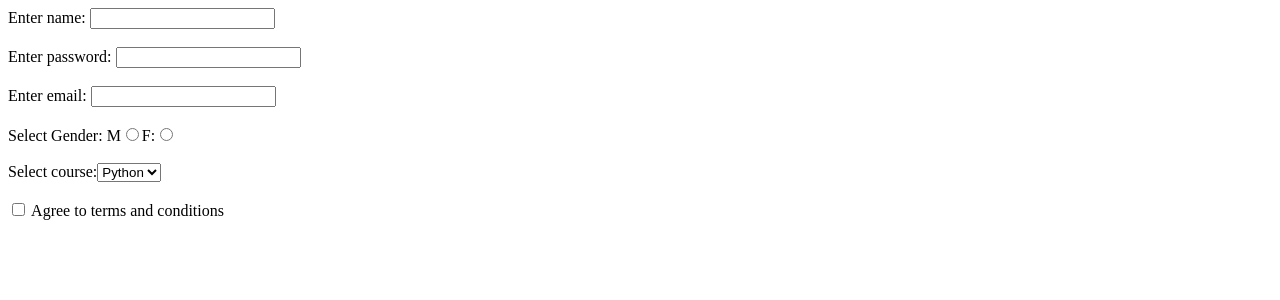
Repository: sagnik938/JSP-JSTL-and-Hibernate
Page: FormAssgn/src/main/webapp/index.html
The author's editor kept a copy of each file at every save. The page is drawn from the files as they stood at one save, then again after the next save.
The browser window is 1280 px wide. The pictures show the whole page.

Above is the page before, as saved 2023-02-07 09:08:08.

After the next save:
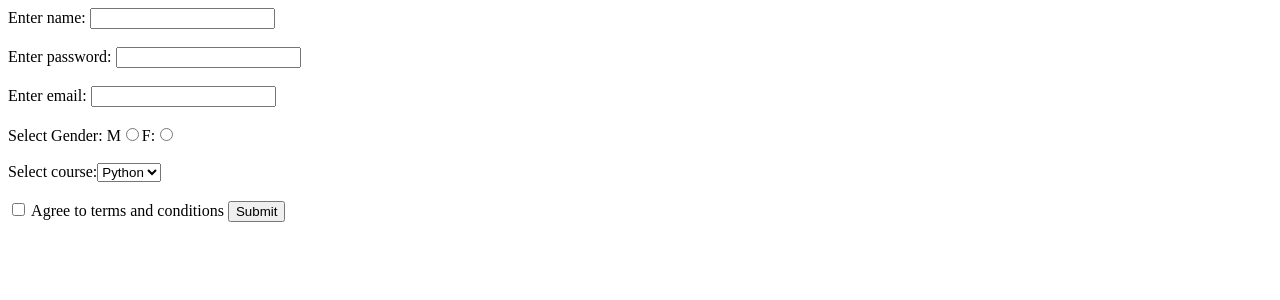
Saved 3 min 22 s later.
--- a/FormAssgn/src/main/webapp/index.html
+++ b/FormAssgn/src/main/webapp/index.html
@@ -26,7 +26,15 @@ Select course:<select name="cars">
 </select>
 <br>
 <br>
-<input type="checkbox"> Agree to terms and conditions
+<input type="checkbox" id = "checkme"> Agree to terms and conditions
+<input type="submit" id ="sub">
 </form>
+<script>
+var checker = document.getElementById('checkme');
+var sendbtn = document.getElementById('sub');
+checker.onchange = function() {
+  sendbtn.disabled = !!this.checked;
+};
+</script>
 </body>
 </html>
